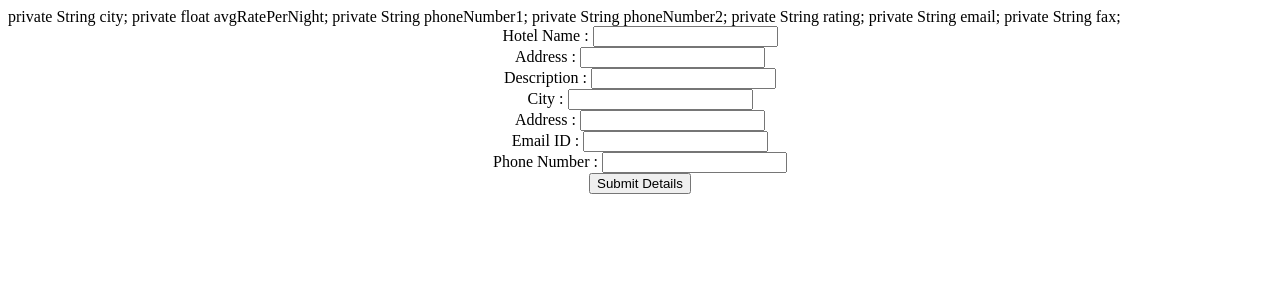
Repository: dishangjain/SpringProject
Page: http://localhost/HotelBookingManagementSystem/JSPs/AddNewHotel.jsp
An editor plug-in stored every save of this project. The page is shown before and after the next save, followed by the edit.
The browser window is 1280 px wide. The pictures show the whole page.
The page is served by Tomcat 9. Nobody is signed in. The application's start-up code is not run. The template is opened directly, without the code that normally fills it, so the values that code supplies are empty.

Above is the page before, as saved 2017-10-14 09:28:16.

After the next save:
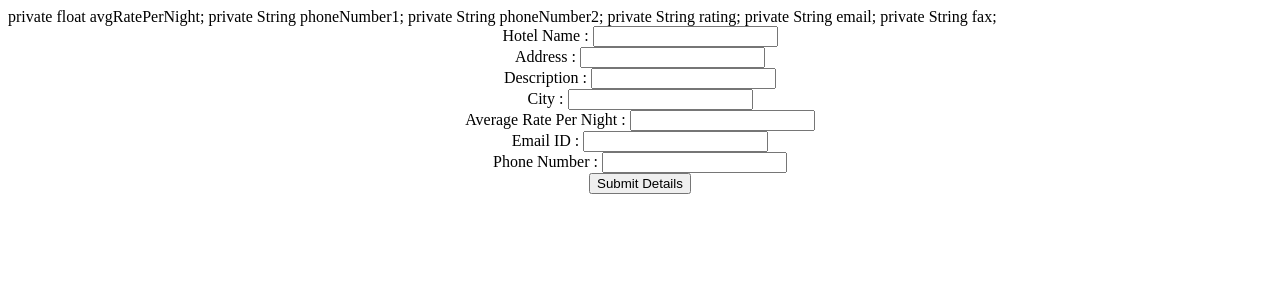
Saved 37 s later.
--- a/HotelBookingManagementSystem/WebContent/JSPs/AddNewHotel.jsp
+++ b/HotelBookingManagementSystem/WebContent/JSPs/AddNewHotel.jsp
@@ -10,7 +10,6 @@
 	<body>
 
 
-	private String city;
 	private float avgRatePerNight;
 	private String phoneNumber1;
 	private String phoneNumber2;
@@ -35,8 +34,8 @@
 		  		<label for="city">City :</label>
 		  		<form:input path="city" id="city" type="text"/><br/>
 
-		  		<label for="address">Address :</label>
-		  		<form:input path="address" id="address" type="text"/><br/>
+		  		<label for="avgRatePerNight">Average Rate Per Night :</label>
+		  		<form:input path="avgRatePerNight" id="avgRatePerNight" type="text"/><br/>
 
 		  		<label for="email">Email ID :</label>
 		  		<form:input path="email" id="email" type="text"/><br/>
